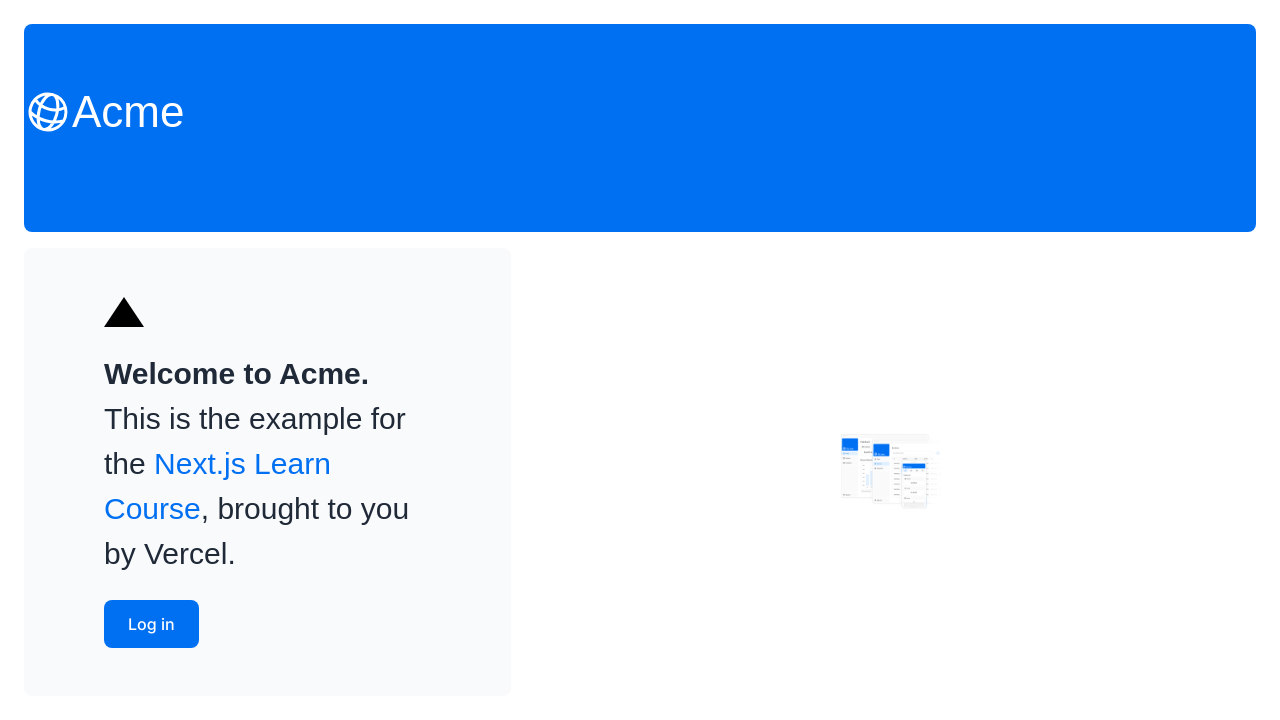
Repository: limaneto/invoices
Page: /
The author's editor kept a copy of each file at every save. The page is drawn from the files as they stood at one save, then again after the next save.
The browser window is 1280 px wide. The pictures show the whole page.
Some web fonts or font styles are not loaded; a fallback is used. The project was rebuilt for these pictures with package versions that can differ from the ones it lists, and the page was loaded fresh each time. The framework's server and built-in components were replaced by stand-ins that run in the browser. Also part of the build but not shown: next.config.js.

Above is the page before, as saved 2023-11-02 15:35:06.

After the next save:
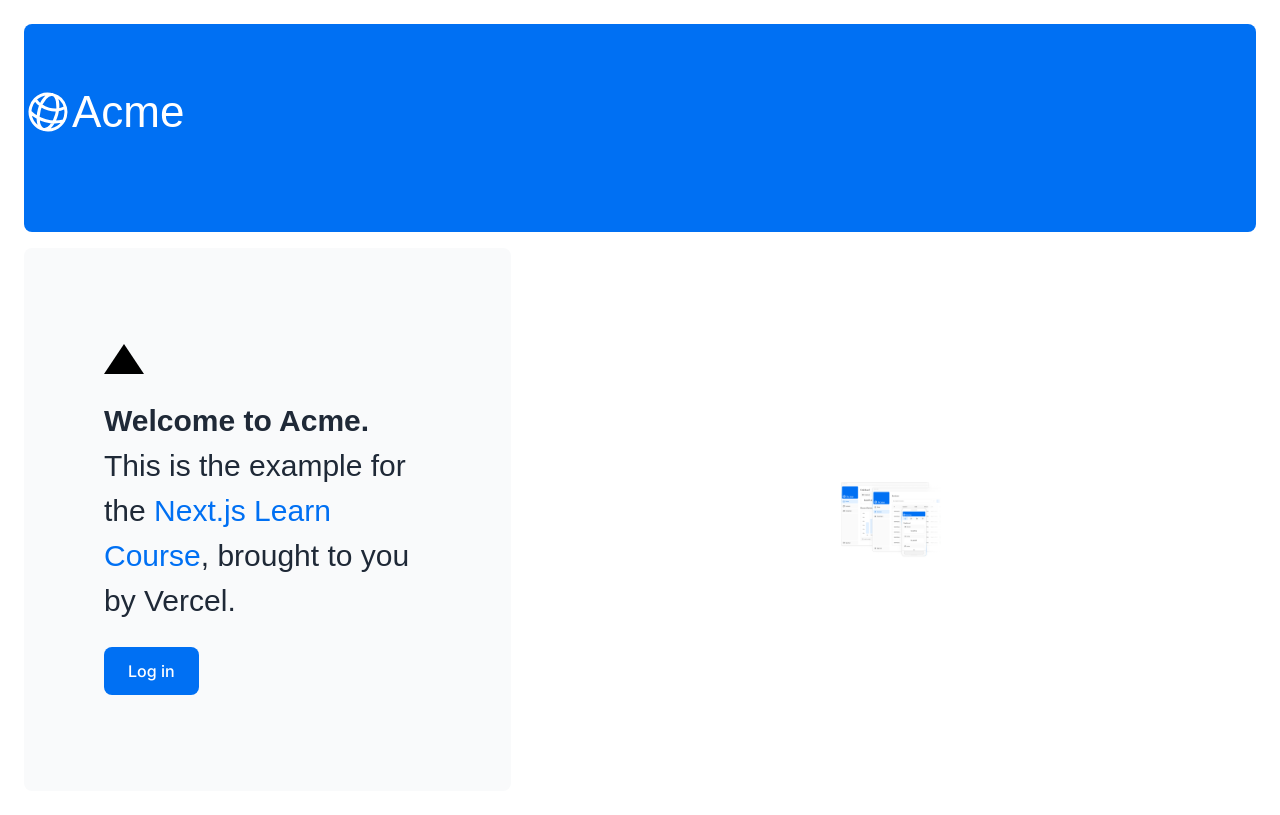
Saved 30 s later.
--- a/app/page.tsx
+++ b/app/page.tsx
@@ -10,7 +10,7 @@
         <AcmeLogo />
       </div>
       <div className="mt-4 flex grow flex-col gap-4 md:flex-row">
-        <div className="flex flex-col justify-center gap-6 rounded-lg bg-gray-50 px-6 py-30 md:w-2/5 md:px-20">
+        <div className="flex flex-col justify-center gap-6 rounded-lg bg-gray-50 px-6 py-24 md:w-2/5 md:px-20">
         <div
   className="h-0 w-0 border-b-[30px] border-l-[20px] border-r-[20px] border-b-black border-l-transparent border-r-transparent"
 />
